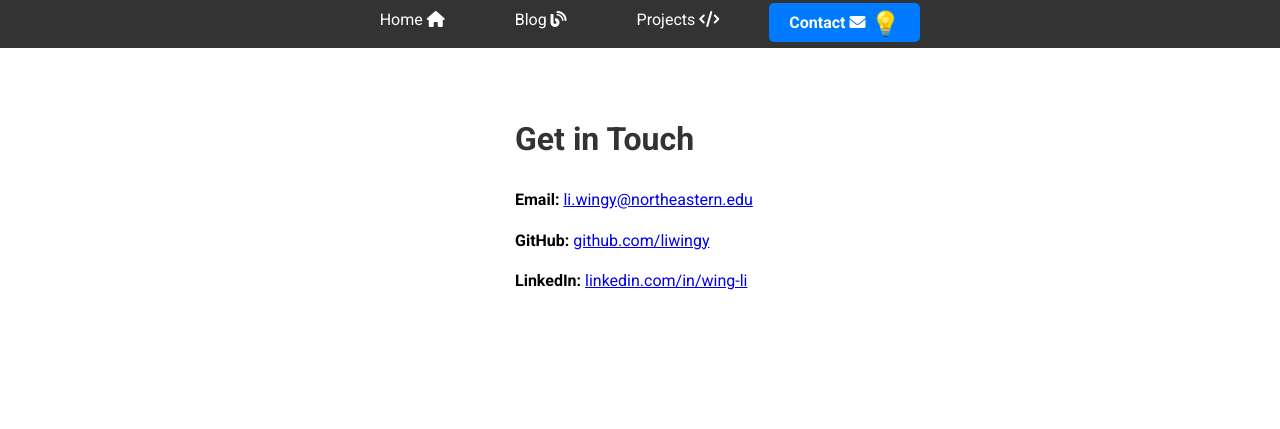
Repository: liwingy/cs5610_fall24_project1
Page: contact.html
The author's editor kept a copy of each file at every save. The page is drawn from the files as they stood at one save, then again after the next save.
The browser window is 1280 px wide. The pictures show the whole page.

Above is the page before, as saved 2024-10-07 21:54:11.

After the next save:
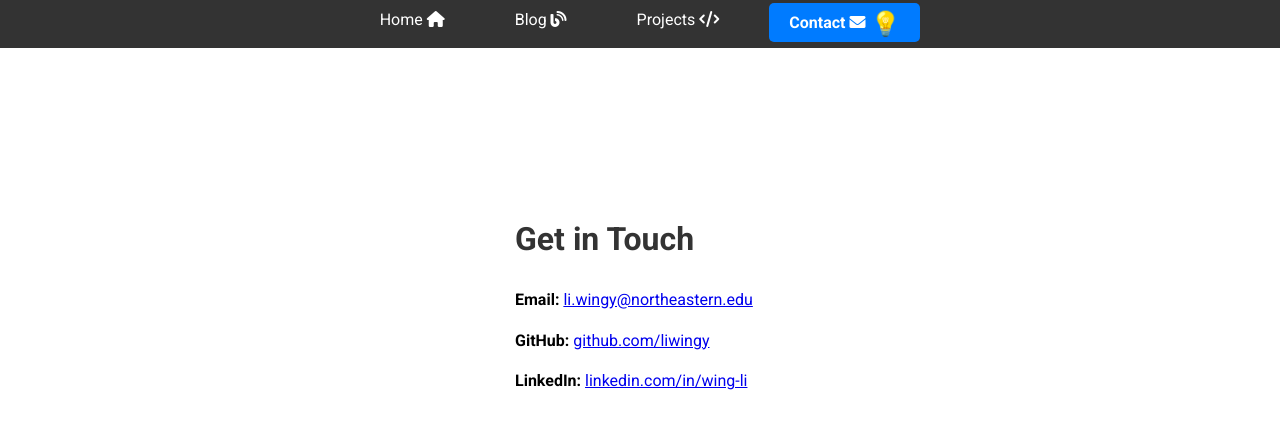
Saved 71 s later.
--- a/contact.html
+++ b/contact.html
@@ -18,16 +18,18 @@
         </ul>
     </nav>
     <main>
-        <section>
-            <div class="grid">
-                <div class="about-section">
-                    <h2>Get in Touch</h2>
-                    <br>
-                    <p><span class="highlight">Email:</span> <a href="mailto:li.wingy@northeastern.edu">li.wingy@northeastern.edu</a></p>
-                    <p><span class="highlight">GitHub:</span> <a href="https://github.com/liwingy" target="_blank">github.com/liwingy</a></p>
-                    <p><span class="highlight">LinkedIn:</span> <a href="https://linkedin.com/in/wing-li" target="_blank">linkedin.com/in/wing-li</a></p>
+        <section class="contact">
+            </section>
+                <div class="grid">
+                    <div class="about-section">
+                        <h2>Get in Touch</h2>
+                        <br>
+                        <p><span class="highlight">Email:</span> <a href="mailto:li.wingy@northeastern.edu">li.wingy@northeastern.edu</a></p>
+                        <p><span class="highlight">GitHub:</span> <a href="https://github.com/liwingy" target="_blank">github.com/liwingy</a></p>
+                        <p><span class="highlight">LinkedIn:</span> <a href="https://linkedin.com/in/wing-li" target="_blank">linkedin.com/in/wing-li</a></p>
+                    </div>
                 </div>
-            </div>
+            </section>
         </section>
     </main>
 </body>
